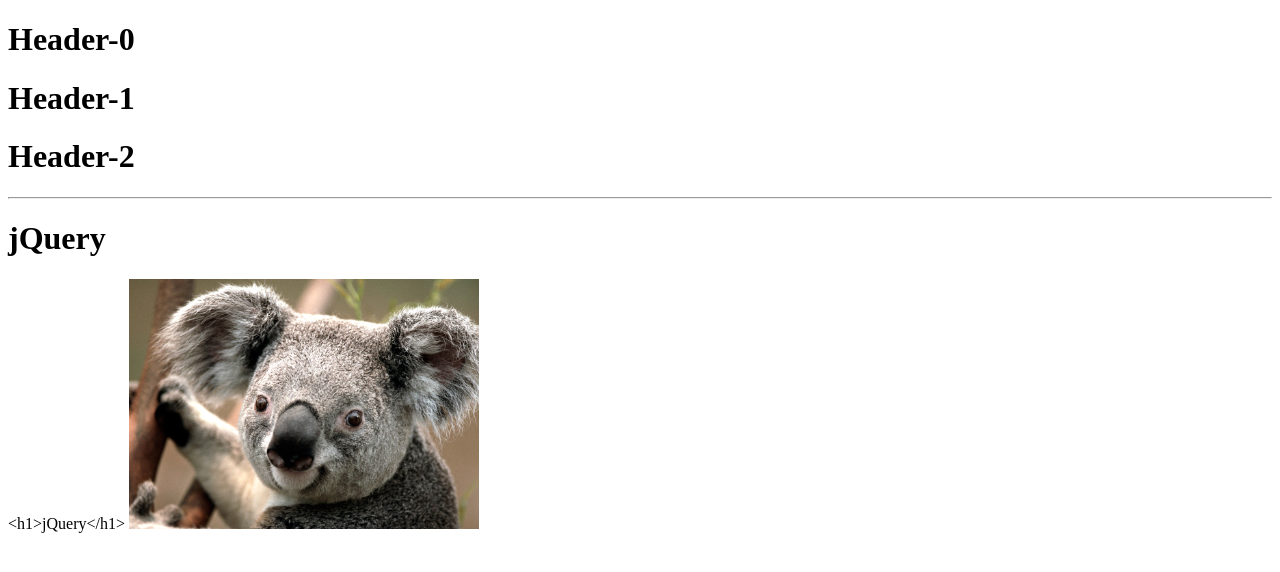
Repository: yoonanet/Web_Workspaces
Page: jQuery/src/main/webapp/03_DOM_Operation.html
An editor plug-in stored every save of this project. The page is shown before and after the next save, followed by the edit.
The browser window is 1280 px wide. The pictures show the whole page.

Above is the page before, as saved 2023-03-09 11:46:08.

After the next save:
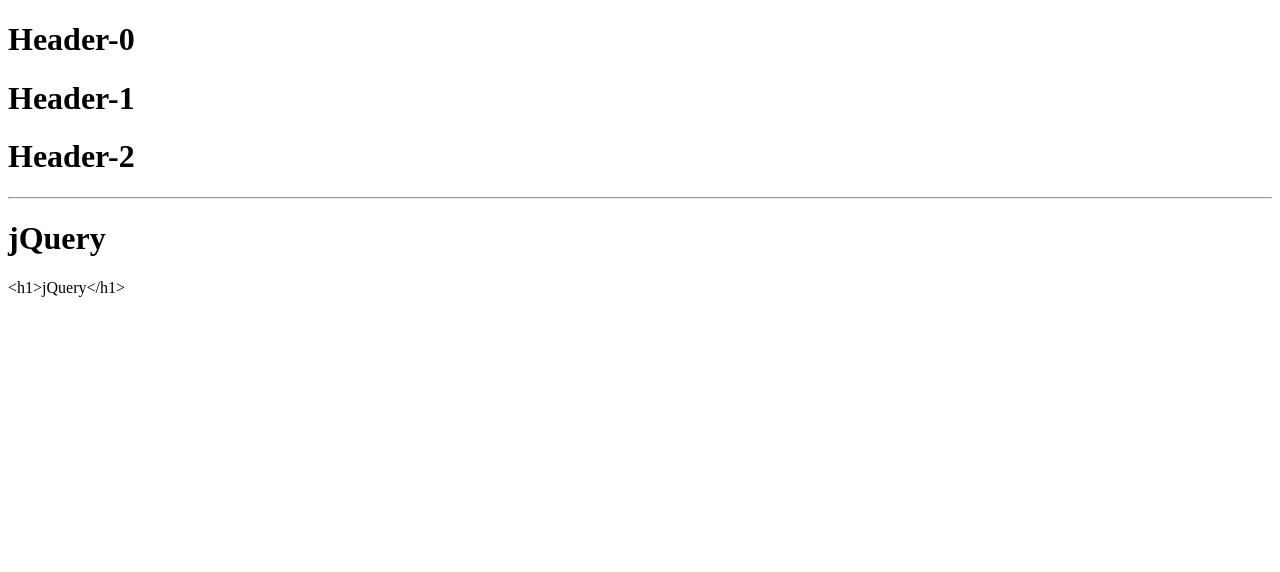
Saved 10 min 24 s later.
--- a/jQuery/src/main/webapp/03_DOM_Operation.html
+++ b/jQuery/src/main/webapp/03_DOM_Operation.html
@@ -209,7 +209,7 @@
 /* 10. 문서 객체의 내부 제거
 // 1) remove(): 특정 문서 객체를 제거.
 // 2) empty() : 특정 문서 객체의 후손을 모두 제거.
-// css에서도 동일하게 제공을 해주고 있었음. 하지만 css는 정적으로 하여 처리를 해줄 수 있을 뿐이지 수행하는 과정에서 동적인 처리를 하기에는 어려움이 있음
+// css에서도 display로 동일하게 환경을 제공을 해주고 있었음. 하지만 css는 정적으로 하여 처리를 해줄 수 있을 뿐이지 수행하는 과정에서 동적인 처리를 하기에는 어려움이 있음
 
 	//[remove()메소드]
 	$(function(){
@@ -218,8 +218,8 @@
 
 	//[empty()메소드]
 	$(function(){
-		$('div').first().empty(); //empty(): div(선택되어진 태그)에 후손으로 있는 모든 태그들을 제거함.(div안에 있는 모든 요소들이 대상으로 선택됨)
-	});
+		$('div').first().empty();
+	}); //empty(): div(선택되어진 태그)에 후손으로 있는 모든 태그들을 제거함.(div안에 있는 모든 요소들이 대상으로 선택됨)
 */
 
 /* 11. 문서 객체의 생성(1)
@@ -262,8 +262,8 @@
 		//jQuery에서 속성과 관련된 처리를 해주는 메서드는 attr()로 처리함.
 		//이후에 appendTo메서드를 통해 추가될 영역을 지정하여 추가하도록 한다.
 	});
-	*/
-	$(function(){ //확인해보기!!
+
+	$(function(){
 		$('<img />').attr({ //attr()메소드에서 객체로 전달을 하게되면 다양한 속성을 한번에 적용을 할 수가 있음 (바로 속성을 지정하도록 하면 한 가지의 속성만 지정할 수 있음)
 			src:'img/Koala.jpg',
 			width:'350',
@@ -271,7 +271,7 @@
 		}).appendTo('body');
 
 	});
-
+	*/
 
 
 /* 13. 문서 객체의 삽입(1) => 다양한 메서드로 정의를 해서 제공을 해줌으로써 다양한 위치에 삽입할 수 있는 방법들을 제공 */
